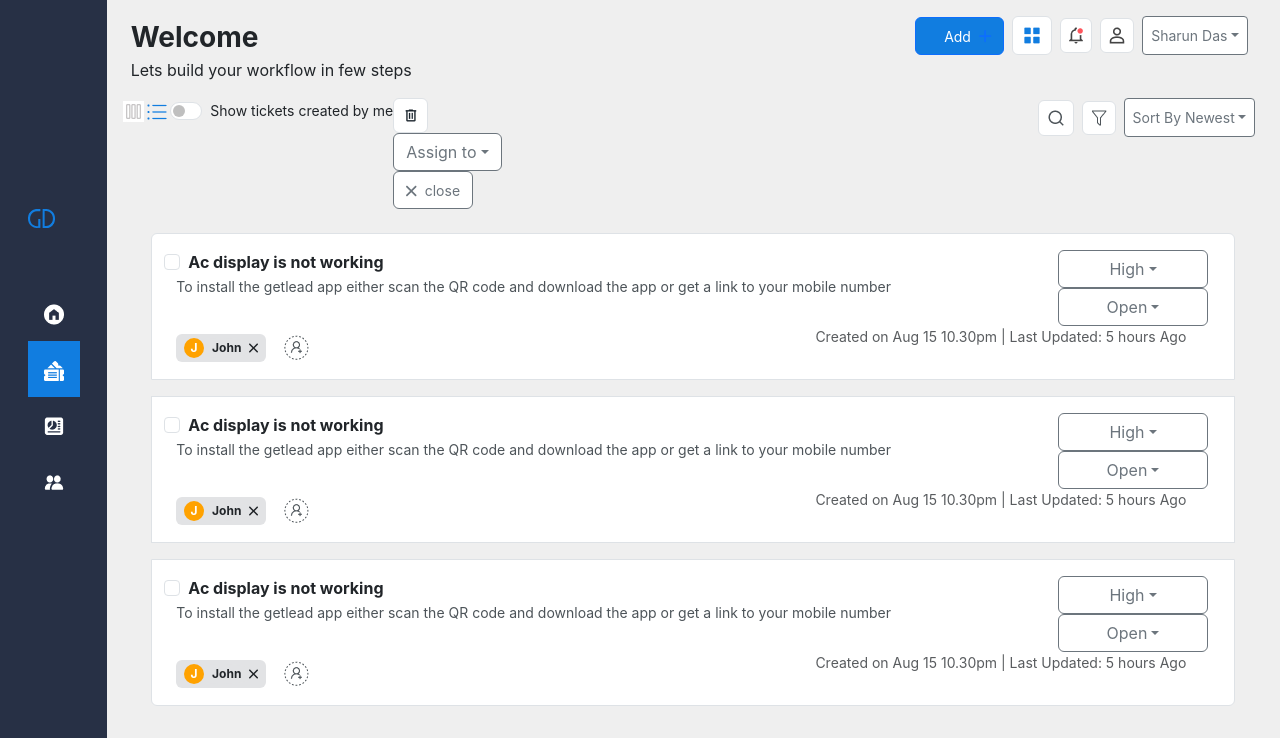
Repository: rishikarajeev/GL_HelpDesk
Page: /
An editor plug-in stored every save of this project. The page is shown before and after a run of saves, followed by the edit.
The browser window is 1280 px wide. The pictures show the whole page.
The project was rebuilt for these pictures with package versions that can differ from the ones it lists, and the page was loaded fresh each time. Also part of the build but not shown: src/App.css, src/Pages/HomePage.jsx.

Above is the page before, as saved 2024-01-11 15:39:44.

After the next 11 saves:
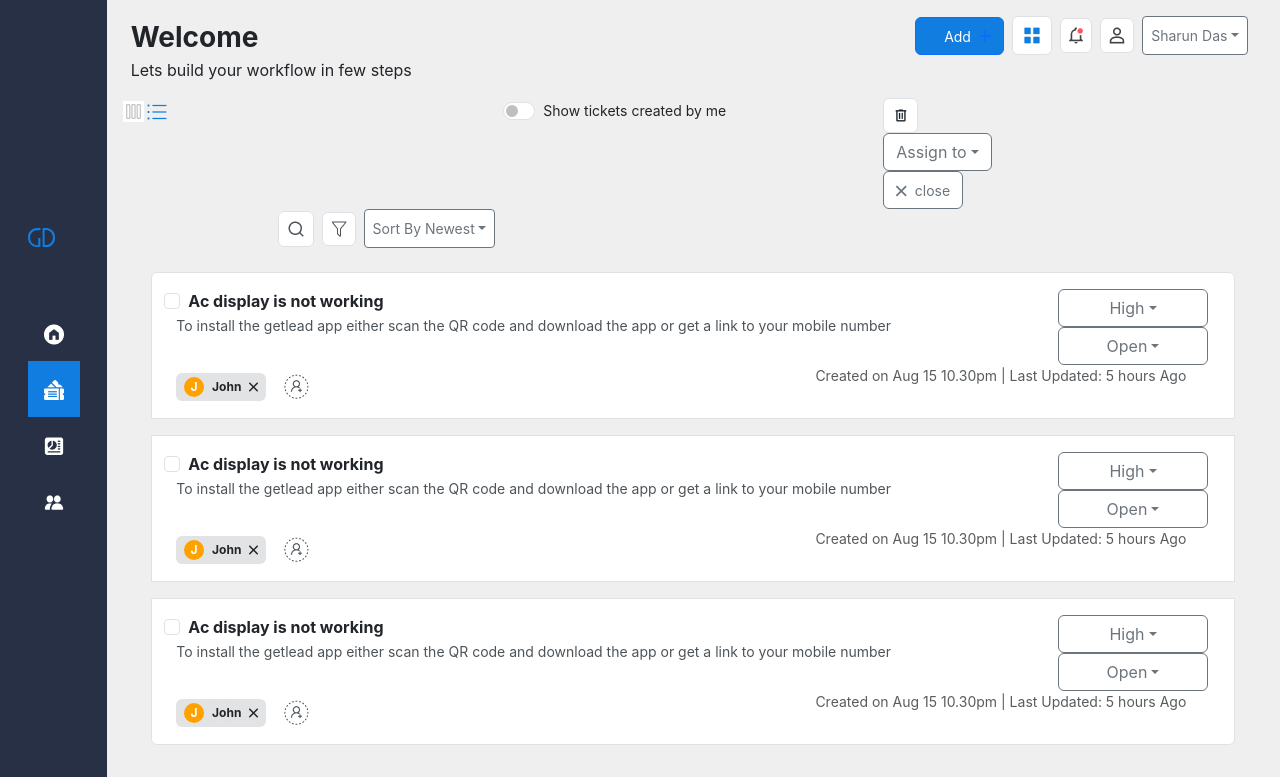
The 11 saves are shown as one change because they came seconds apart.
The last was saved 48 s later.
--- a/src/Pages/ViewTickets.jsx
+++ b/src/Pages/ViewTickets.jsx
@@ -23,11 +23,11 @@ function ViewTickets() {
   return (
     <Container>
      <Row className="mt-3 mb-2 ">
-  <Col className="col-auto p-0">
+  <Col className="col-4 p-0">
     <img src={column_icon} alt="Local Icon" />
     <img src={list_icon} />
   </Col>
-  <Col className=" col-auto d-none d-lg-block p-0 justify-content-evenly">
+  <Col className=" col-4 d-none d-lg-block p-0 justify-content-evenly">
     <div className="form-check form-switch align-items-start">
       <label className="form-check-label small p" htmlFor="flexSwitchCheckDefault">
         Show tickets created by me
@@ -40,7 +40,7 @@ function ViewTickets() {
       />
     </div>
   </Col>
-  <Col className=" col-auto d-none d-lg-block p-0 y">
+  <Col className=" col-4 d-none d-lg-block p-0 y">
     <Image
       src={delete_icon}
       alt="Local Icon"
@@ -64,7 +64,7 @@ function ViewTickets() {
       <span className="small ms-2">close</span>
     </Button>
   </Col>
-  <Col className=" text-end d-none d-lg-block p-0">
+  <Col className=" col-4 text-end d-none d-lg-block p-0">
     <img
       src={search_icon}
       alt="Local Icon"
